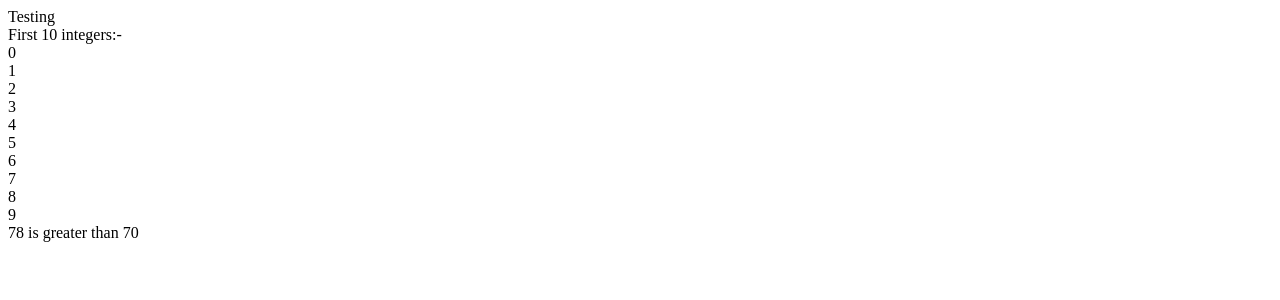
Repository: aman-1998/Full_Stack_Java_Development
Page: http://localhost/JSP_Scriplet_Element_N5/scriplet_element_N1.jsp
An editor plug-in stored every save of this project. The page is shown before and after the next save, followed by the edit.
The browser window is 1280 px wide. The pictures show the whole page.
The page is served by Tomcat 9.

Above is the page before, as saved 2021-10-15 15:47:23.

After the next save:
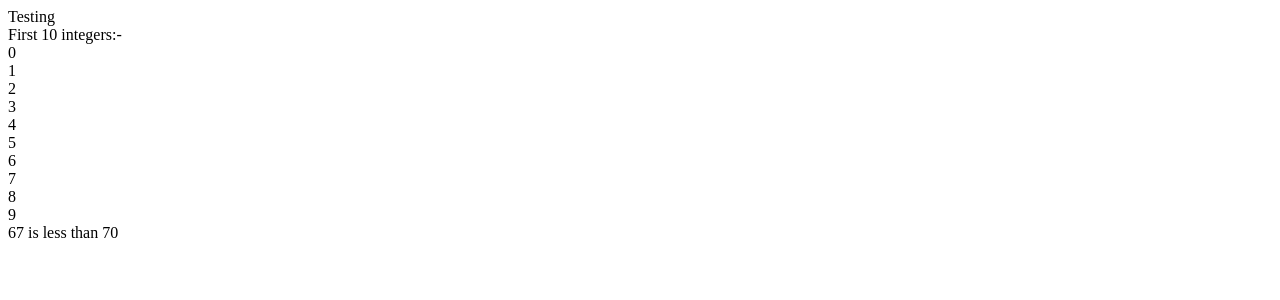
Saved 14 s later.
--- a/JSP_Scriplet_Element_N5/WebContent/scriplet_element_N1.jsp
+++ b/JSP_Scriplet_Element_N5/WebContent/scriplet_element_N1.jsp
@@ -20,7 +20,7 @@
 			out.print("<br>" + i);
 		}
 		//public int var = 67; // access modifier is not allowed in scriptlet
-		int var = 78;
+		int var = 67;
 		out.print("<br>");
 		if(var > 70){
 			out.print(var + " is greater than 70");
